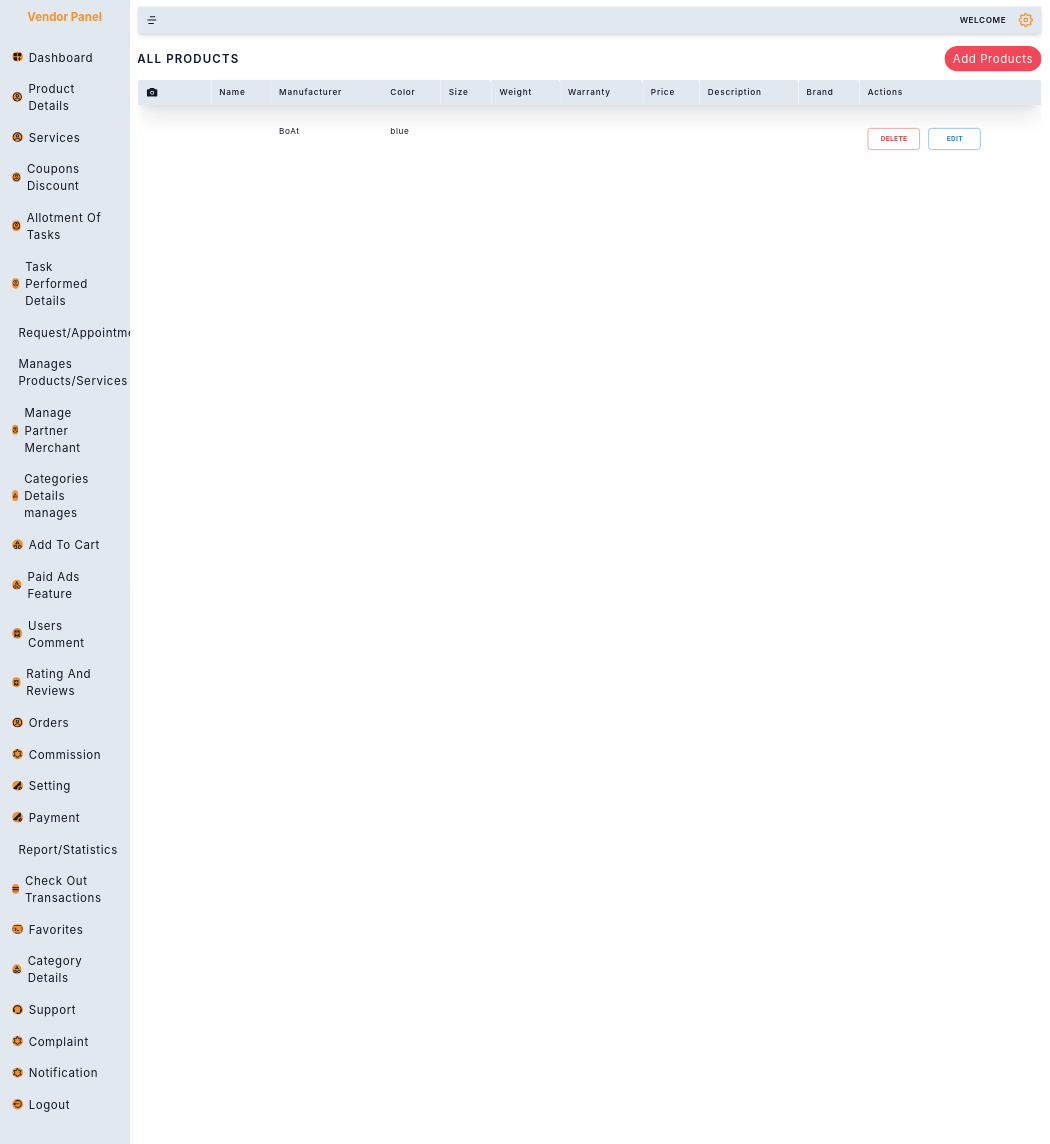
Repository: rohit0915/Mr-Arun-Chauhan-Admin-Panel
Page: /vendorProducts
The author's editor kept a copy of each file at every save. The page is drawn from the files as they stood at one save, then again after a run of saves.
The browser window is 1280 px wide. The pictures show the whole page, at 82% of full size.
Pictures or frames that could not be fetched are drawn as grey boxes. The page's requests for data from a server got no answer. The project was rebuilt for these pictures with package versions that can differ from the ones it lists, and the page was loaded fresh each time. No one was signed in, and anything a server would have sent is missing. Also part of the build but not shown: src/components/forms/Login.jsx, src/components/layout/Navbar.jsx, src/components/layout/Sidebar.jsx, src/components/layout/HOC.jsx, src/components/pages/Dashboard.jsx, src/components/pages/products/Products.jsx, src/components/pages/categories/Categories.jsx, src/components/pages/subcategories/SubCategories.jsx and 81 more.

Above is the page before, as saved 2022-11-24 15:36:15.

After the next 8 saves:
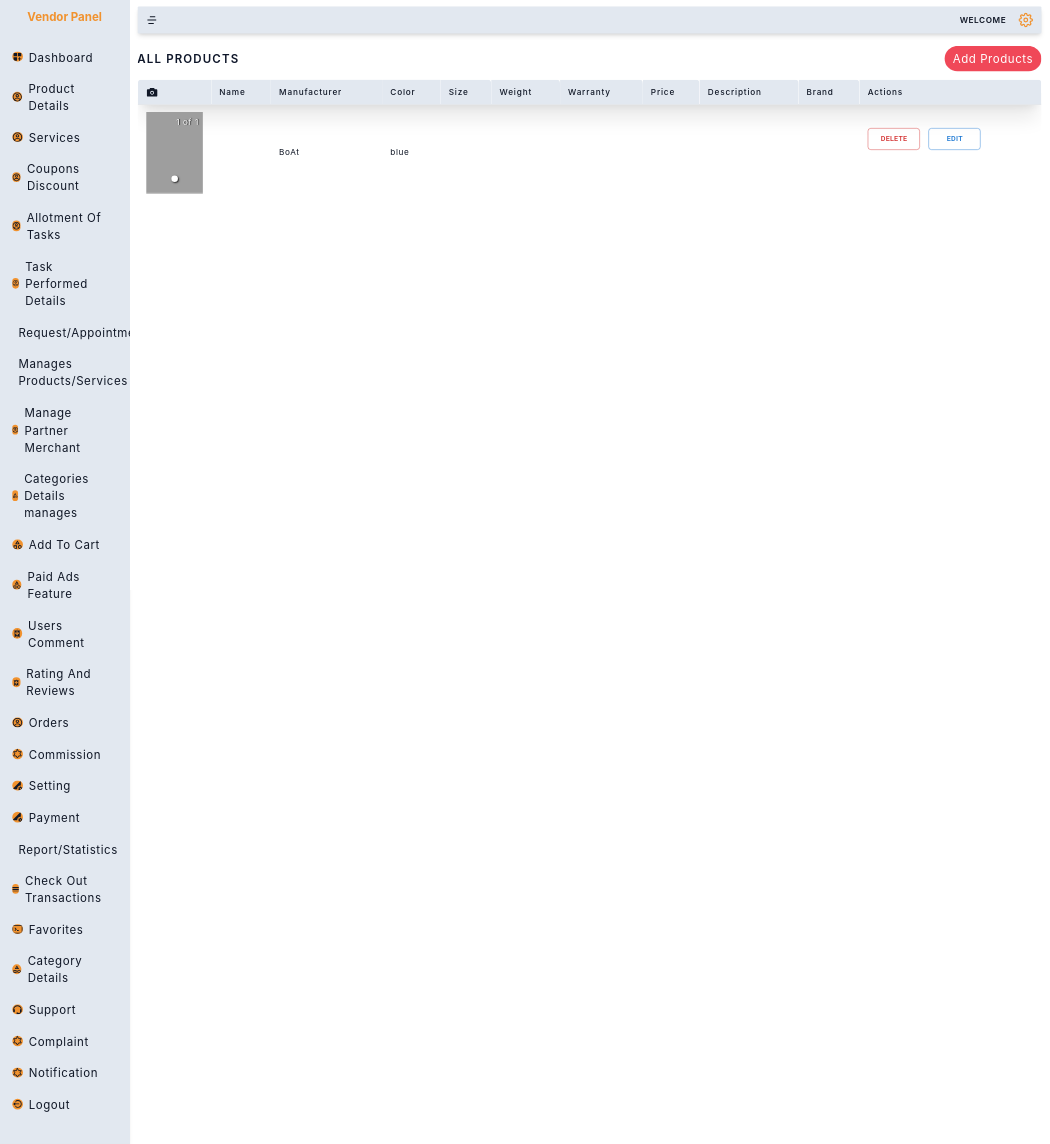
The 8 saves are shown as one change because they came seconds apart.
The last was saved 21 s later.
--- a/src/vendorPanel/components/pages/products/VendorProducts.jsx
+++ b/src/vendorPanel/components/pages/products/VendorProducts.jsx
@@ -16,7 +16,12 @@ import BaseUrl from "../../../../components/BaseUrl";
 
 const product = [
   {
-    img: "https://www.reliancedigital.in/medias/Boat-Rockerz-400-RTL-Headphone-491893327-i-1-1200Wx1200H?context=bWFzdGVyfGltYWdlc3wxMDgxODJ8aW1hZ2UvanBlZ3xpbWFnZXMvaGMwL2gxYi85NzY1NDA1MzkyOTI2LmpwZ3w0YjEyODcxMWI0MmM1NTEzNzhhMjUwYTgwNDI1M2RlZGIyNTA0ZTlkNDJiNDRlNmUyYWVkYjM4NWY1MTQ5YTlh",
+    productImg : [
+      {
+        img: "https://www.reliancedigital.in/medias/Boat-Rockerz-400-RTL-Headphone-491893327-i-1-1200Wx1200H?context=bWFzdGVyfGltYWdlc3wxMDgxODJ8aW1hZ2UvanBlZ3xpbWFnZXMvaGMwL2gxYi85NzY1NDA1MzkyOTI2LmpwZ3w0YjEyODcxMWI0MmM1NTEzNzhhMjUwYTgwNDI1M2RlZGIyNTA0ZTlkNDJiNDRlNmUyYWVkYjM4NWY1MTQ5YTlh",
+      }
+    ],
+
     name: "Headphone",
     manufactuer: "BoAt",
     color: "blue",
